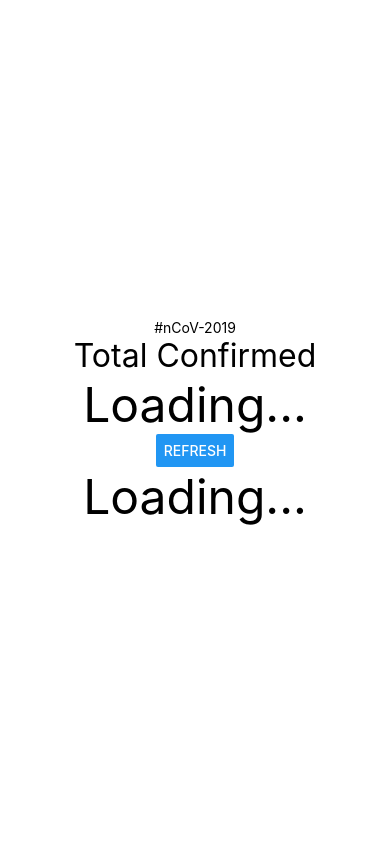
Repository: 0x77dev/coronavirus
Screen: /
These files come from the project's save history. The screen is drawn as it stood at one moment and after a run of saves; the edit follows.
The page's requests for data from a server got no answer. The app was drawn by React Native's web renderer in a window 390 px wide. The project was rebuilt for these pictures with package versions that can differ from the ones it lists, and the page was loaded fresh each time. No one was signed in, and anything a server would have sent is missing.

Above is the screen before, as saved 2020-03-13 17:59:57.

### App.tsx
import React from 'react';
import { StyleSheet, Text, View, Button } from 'react-native';

export default class App extends React.Component {
  constructor(props) {
    super(props);
    this.state = {
      totalConfirmed: "Loading...",
    };
  }

  render() {
    return (
      <View style={styles.container} >
        <Text style={{ fontSize: 14 }}>#nCoV-2019</Text>
        <Text style={{ fontSize: 32 }}>Total Confirmed</Text>
        {/* @ts-ignore */}
        <Text style={{ fontSize: 48 }}>{this.state.totalConfirmed}</Text>
        <Button title="Refresh" onPress={this.componentDidMount}>Refresh</Button>
        <Text style={{ fontSize: 48 }}>{this.state.totalConfirmed}</Text>
      </View>
    );
  }

  async componentDidMount() {
    const totalConfirmedFetch = await fetch("https://services9.arcgis.com/N9p5hsImWXAccRNI/arcgis/rest/services/Z7biAeD8PAkqgmWhxG2A/FeatureServer/1/query?f=json&where=Confirmed%20%3E%200&returnGeometry=false&spatialRel=esriSpatialRelIntersects&outFields=*&outStatistics=%5B%7B%22statisticType%22%3A%22sum%22%2C%22onStatisticField%22%3A%22Confirmed%22%2C%22outStatisticFieldName%22%3A%22value%22%7D%5D&cacheHint=true");
    const totalConfirmedFetchJSON = await totalConfirmedFetch.json();
    //@ts-ignore
    this.setState({ totalConfirmed: totalConfirmedFetchJSON.features[0].attributes.value });
    console.log(this.setState, totalConfirmedFetchJSON)
  }
}

const styles = StyleSheet.create({
  container: {
    flex: 1,
    backgroundColor: '#fff',
    alignItems: 'center',
    justifyContent: 'center',
  },
});

After the next 2 saves:
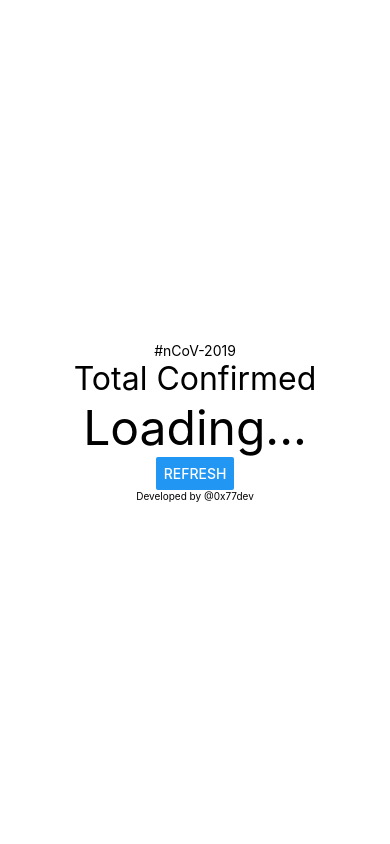
The 2 saves are shown as one change because they came seconds apart.
The last was saved 8 s later.
--- a/App.tsx
+++ b/App.tsx
@@ -17,7 +17,7 @@ export default class App extends React.Component {
         {/* @ts-ignore */}
         <Text style={{ fontSize: 48 }}>{this.state.totalConfirmed}</Text>
         <Button title="Refresh" onPress={this.componentDidMount}>Refresh</Button>
-        <Text style={{ fontSize: 48 }}>{this.state.totalConfirmed}</Text>
+        <Text style={{ fontSize: 10 }}>Developed by @0x77dev</Text>
       </View>
     );
   }
